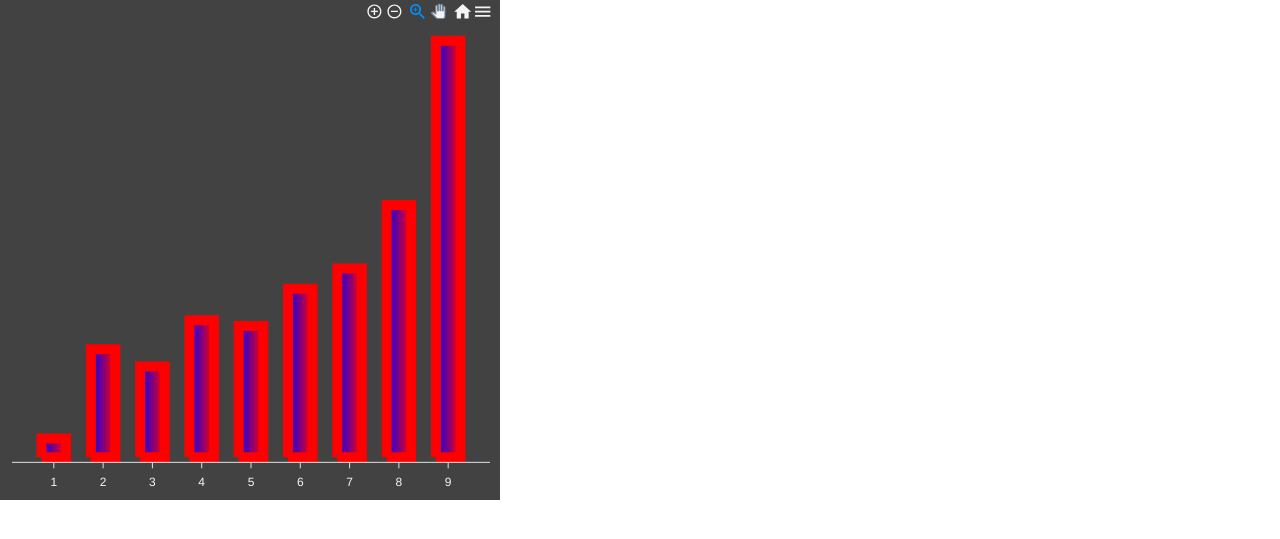
Repository: wanted-pre-onboarding-internship-1team/pre-onboarding-9th-3-1
Page: /
The author's editor kept a copy of each file at every save. The page is drawn from the files as they stood at one save, then again after the next save.
The browser window is 1280 px wide. The pictures show the whole page.
The project was rebuilt for these pictures with package versions that can differ from the ones it lists, and the page was loaded fresh each time.

Above is the page before, as saved 2023-03-14 16:47:15.

After the next save:
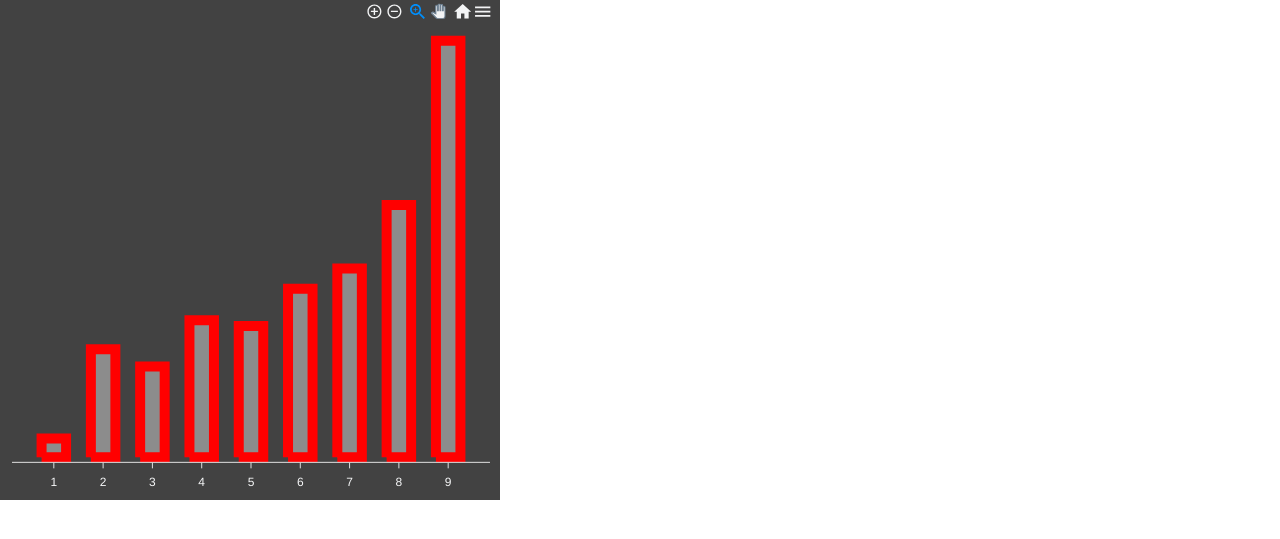
Saved 25 s later.
--- a/src/pages/Mainpage.tsx
+++ b/src/pages/Mainpage.tsx
@@ -28,10 +28,6 @@ export default function Mainpage() {
             show: false,
           },
 
-          fill: {
-            type: 'gradient',
-            gradient: { gradientToColors: ['blue'], stops: [0, 100] },
-          },
           colors: ['red'],
         }}
       />
